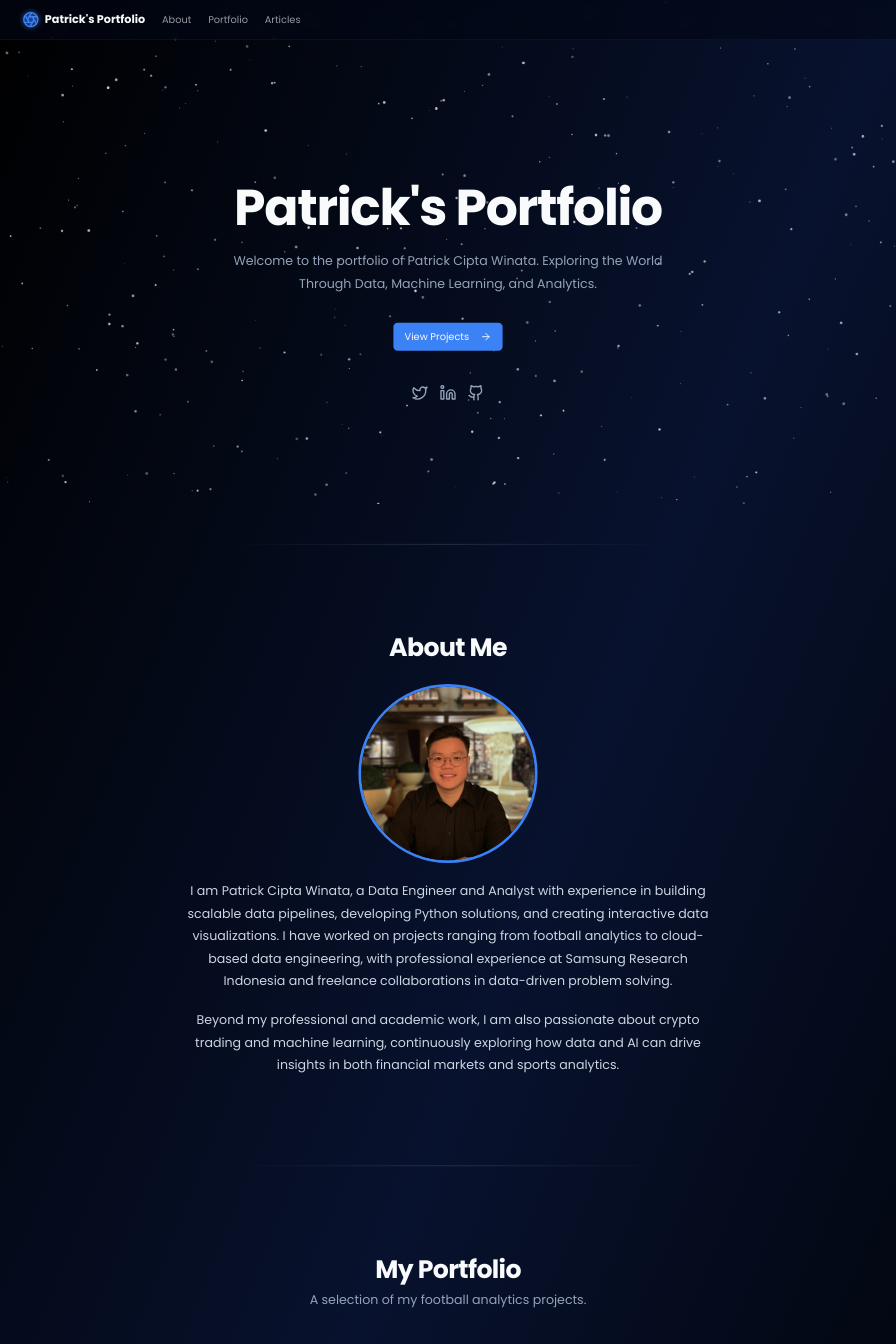
Repository: patrick-cw/my-portfolio
Page: /
These files come from the project's save history. The page is drawn as it stood at one moment and after the next save; the edit follows.
The browser window is 1280 px wide. The pictures show the part of the page from y = 0 to 1920 px (the page is 3172 px tall), at 70% of full size.
The project was rebuilt for these pictures with package versions that can differ from the ones it lists, and the page was loaded fresh each time. The framework's server and built-in components were replaced by stand-ins that run in the browser. Also part of the build but not shown: next.config.ts.

Above is the page before, as saved 2025-08-30 21:43:21.

### src/app/layout.tsx
import type {Metadata} from 'next';
import './globals.css';
import { Toaster } from "@/components/ui/toaster";
import { cn } from '@/lib/utils';
import Particles from '@/components/particles';
import Header from '@/components/header';
import Footer from '@/components/footer';


export const metadata: Metadata = {
  title: "Patrick's Portfolio",
  description: 'A portfolio showcasing football analytics projects, articles, and more.',
};

export default function RootLayout({
  children,
}: Readonly<{
  children: React.ReactNode;
}>) {
  return (
    <html lang="en" className="dark" style={{scrollBehavior: 'smooth'}}>
      <head>
        <link rel="preconnect" href="https://fonts.googleapis.com" />
        <link rel="preconnect" href="https://fonts.gstatic.com" crossOrigin="anonymous" />
        <link href="https://fonts.googleapis.com/css2?family=Poppins:wght@400;600;700&display=swap" rel="stylesheet" />
      </head>
      <body className={cn("min-h-screen font-body antialiased bg-background")}>
        <div className="relative z-0 flex min-h-screen flex-col bg-gradient-to-br from-black via-blue-900/20 to-black">
          <Particles />
          <Header />
          <main className="flex-1">{children}</main>
          <Footer />
        </div>
        <Toaster />
      </body>
    </html>
  );
}

### src/app/page.tsx
import { Button } from "@/components/ui/button";
import { Card, CardContent, CardDescription, CardFooter, CardHeader, CardTitle } from "@/components/ui/card";
import { ArrowRight, Bot, Github, LineChart, Linkedin, Twitter } from "lucide-react";
import Image from "next/image";
import Link from "next/link";

export default function Home() {
  const projects = [
    {
      title: "Dummy1",
      description: "Dummy description",
      image: "https://picsum.photos/600/400?random=1",
      hint: "soccer field",
      link: "#",
    },
    {
      title: "Dummy2",
      description: "Dummy description",
      image: "https://picsum.photos/600/400?random=2",
      hint: "data visualization",
      link: "#",
    },
    {
      title: "Dummy3",
      description: "Dummy description",
      image: "https://picsum.photos/600/400?random=3",
      hint: "scouting report",
      link: "#",
    },
  ];

  const articles = [
    {
      title: "Dummy1",
      date: "July 15, 2024",
      excerpt: "Blablabla dummy",
      link: "/articles",
    },
    {
      title: "Dummy2",
      date: "June 28, 2024",
      excerpt: "Blablabla dummy",
      link: "/articles",
    },
  ];

  return (
    <>
      {/* Hero Section */}
      <section id="home" className="container flex min-h-screen flex-col items-center justify-center text-center">
        <div className="flex-grow flex flex-col items-center justify-center">
          <h1 className="font-headline text-4xl font-bold tracking-tight text-foreground sm:text-6xl md:text-7xl">
            Patrick's Portfolio
          </h1>
          <p className="mt-6 text-lg leading-8 text-muted-foreground max-w-2xl mx-auto">
            Welcome to the portfolio of Patrick Cipta Winata. Exploring the World Through Data, Machine Learning, and Analytics.
          </p>
          <div className="mt-10 flex flex-col items-center justify-center gap-y-6">
            <div className="flex items-center justify-center gap-x-6">
              <Button asChild>
                <Link href="/#portfolio">
                  View Projects <ArrowRight className="ml-2 h-4 w-4" />
                </Link>
              </Button>
              {/* <Button variant="ghost" asChild>
                <Link href="/ai-editor">
                  Try AI Editor <Bot className="ml-2 h-4 w-4" />
                </Link>
              </Button> */}
            </div>
            <div className="flex items-center gap-4 mt-6">
              <Link href="https://x.com/patrickcw_" target="_blank" rel="noopener noreferrer" aria-label="Twitter">
                <Twitter className="h-6 w-6 text-muted-foreground transition-colors hover:text-foreground" />
              </Link>
              <Link href="https://www.linkedin.com/in/patrick-cw/" target="_blank" rel="noopener noreferrer" aria-label="LinkedIn">
                <Linkedin className="h-6 w-6 text-muted-foreground transition-colors hover:text-foreground" />
              </Link>
              <Link href="https://github.com/patrick-cw" target="_blank" rel="noopener noreferrer" aria-label="GitHub">
                <Github className="h-6 w-6 text-muted-foreground transition-colors hover:text-foreground" />
              </Link>
            </div>
          </div>
        </div>
      </section>

      {/* About Me Section */}
      <section id="about" className="relative py-24 sm:py-32 bg-transparent">
        <div className="absolute top-0 left-1/2 -translate-x-1/2 w-1/2 h-px bg-gradient-to-r from-transparent via-muted-foreground/30 to-transparent" />
        <div className="container">
          <div className="mx-auto max-w-3xl text-center">
              <h2 className="text-3xl font-bold tracking-tight text-foreground sm:text-4xl font-headline">About Me</h2>
              <div className="mt-8 flex justify-center">
                <div className="relative h-64 w-64 overflow-hidden rounded-full border-4 border-primary">
                  <Image src="/images/face.JPG" alt="Patrick Cipta Winata" layout="fill" objectFit="fit" data-ai-hint="portrait person" />
                </div>
              </div>
              <p style={{color: "hsl(215deg 26.4% 84.39%)"}} className="mt-6 text-lg leading-8 text-muted-foreground">
              I am Patrick Cipta Winata, a Data Engineer and Analyst with experience in building scalable data pipelines, developing Python solutions, and creating interactive data visualizations. I have worked on projects ranging from football analytics to cloud-based data engineering, with professional experience at Samsung Research Indonesia and freelance collaborations in data-driven problem solving.
              </p>
              <p style={{color: "hsl(215deg 26.4% 84.39%)"}} className="mt-6 text-lg leading-8 text-muted-foreground">
              Beyond my professional and academic work, I am also passionate about crypto trading and machine learning, continuously exploring how data and AI can drive insights in both financial markets and sports analytics.
              </p>
          </div>
        </div>
      </section>

      {/* Portfolio Section */}
      <section id="portfolio" className="relative py-24 sm:py-32 bg-transparent">
        <div className="absolute top-0 left-1/2 -translate-x-1/2 w-1/2 h-px bg-gradient-to-r from-transparent via-muted-foreground/30 to-transparent" />
        <div className="container">
          <div className="mx-auto max-w-3xl text-center">
            <h2 className="text-3xl font-bold tracking-tight text-foreground sm:text-4xl font-headline">My Portfolio</h2>
            <p className="mt-2 text-lg leading-8 text-muted-foreground">
              A selection of my football analytics projects.
            </p>
          </div>
          <div className="mx-auto mt-10 grid max-w-2xl grid-cols-1 gap-x-8 gap-y-16 pt-10 sm:mt-16 sm:pt-16 lg:mx-0 lg:max-w-none lg:grid-cols-3">
            {projects.map((project) => (
              <Card key={project.title} className="flex flex-col bg-card/50 hover:bg-card/80 transition-all duration-300 transform hover:-translate-y-1">
                <CardHeader>
                  <div className="relative h-40 w-full overflow-hidden rounded-md">
                    <Image src={project.image} alt={project.title} width={600} height={400} className="object-cover" data-ai-hint={project.hint}/>
                  </div>
                </CardHeader>
                <CardContent className="flex-grow">
                  <CardTitle className="font-headline">{project.title}</CardTitle>
                  <CardDescription className="mt-2">{project.description}</CardDescription>
                </CardContent>
                <CardFooter>
                  <Button variant="link" className="p-0 text-primary/80 hover:text-primary" asChild>
                    <Link href={project.link}>
                      View Analysis <LineChart className="ml-2 h-4 w-4" />
                    </Link>
                  </Button>
                </CardFooter>
              </Card>
            ))}
          </div>
        </div>
      </section>

      {/* Articles Section */}
      <section id="articles" className="relative py-24 sm:py-32 bg-transparent">
        <div className="absolute top-0 left-1/2 -translate-x-1/2 w-1/2 h-px bg-gradient-to-r from-transparent via-muted-foreground/30 to-transparent" />
        <div className="container">
          <div className="mx-auto max-w-3xl text-center">
            <h2 className="text-3xl font-bold tracking-tight text-foreground sm:text-4xl font-headline">Latest Articles</h2>
            <p className="mt-2 text-lg leading-8 text-muted-foreground">
              My thoughts and findings on the world of football analytics.
            </p>
          </div>
          <div className="mx-auto mt-10 grid max-w-2xl grid-cols-1 gap-x-8 gap-y-16 pt-10 sm:mt-16 sm:pt-16 lg:mx-0 lg:max-w-none lg:grid-cols-2">
            {articles.map((article) => (
              <article key={article.title} className="flex max-w-xl flex-col items-start justify-between rounded-lg bg-card/50 p-6 transition-all duration-300 hover:bg-card/80">
                <div className="flex items-center gap-x-4 text-xs">
                  <time dateTime={article.date} className="text-muted-foreground">
                    {article.date}
                  </time>
                </div>
                <div className="group relative">
                  <h3 className="mt-3 text-lg font-semibold leading-6 text-foreground group-hover:text-primary transition-colors font-headline">
                    <Link href={article.link}>
                      <span className="absolute inset-0" />
                      {article.title}
                    </Link>
                  </h3>
                  <p className="mt-5 line-clamp-3 text-sm leading-6 text-muted-foreground">{article.excerpt}</p>
                </div>
              </article>
            ))}
          </div>
        </div>
      </section>
    </>
  );
}

### src/app/globals.css
@tailwind base;
@tailwind components;
@tailwind utilities;

@layer base {
  :root {
    --background: 0 0% 100%;
    --foreground: 222.2 84% 4.9%;
    --card: 0 0% 100%;
    --card-foreground: 222.2 84% 4.9%;
    --popover: 0 0% 100%;
    --popover-foreground: 222.2 84% 4.9%;
    --primary: 217.2 91.2% 59.8%;
    --primary-foreground: 210 40% 98%;
    --secondary: 210 40% 96.1%;
    --secondary-foreground: 217.2 91.2% 59.8%;
    --muted: 210 40% 96.1%;
    --muted-foreground: 215.4 16.3% 46.9%;
    --accent: 210 40% 96.1%;
    --accent-foreground: 217.2 91.2% 59.8%;
    --destructive: 0 84.2% 60.2%;
    --destructive-foreground: 210 40% 98%;
    --border: 214.3 31.8% 91.4%;
    --input: 214.3 31.8% 91.4%;
    --ring: 217.2 91.2% 59.8%;
    --radius: 0.5rem;
    --sidebar-background: 0 0% 98%;
    --sidebar-foreground: 240 5.3% 26.1%;
    --sidebar-primary: 240 5.9% 10%;
    --sidebar-primary-foreground: 0 0% 98%;
    --sidebar-accent: 240 4.8% 95.9%;
    --sidebar-accent-foreground: 240 5.9% 10%;
    --sidebar-border: 220 13% 91%;
    --sidebar-ring: 217.2 91.2% 59.8%;
    --chart-1: 12 76% 61%;
    --chart-2: 173 58% 39%;
    --chart-3: 197 37% 24%;
    --chart-4: 43 74% 66%;
    --chart-5: 27 87% 67%;
  }
  .dark {
    --background: 222.2 84% 4.9%;
    --foreground: 210 40% 98%;
    --card: 222.2 84% 6.9%;
    --card-foreground: 210 40% 98%;
    --popover: 222.2 84% 4.9%;
    --popover-foreground: 210 40% 98%;
    --primary: 217.2 91.2% 59.8%;
    --primary-foreground: 210 40% 98%;
    --secondary: 217.2 32.6% 17.5%;
    --secondary-foreground: 210 40% 98%;
    --muted: 217.2 32.6% 17.5%;
    --muted-foreground: 215 20.2% 65.1%;
    --accent: 217.2 32.6% 17.5%;
    --accent-foreground: 210 40% 98%;
    --destructive: 0 62.8% 30.6%;
    --destructive-foreground: 210 40% 98%;
    --border: 217.2 32.6% 17.5%;
    --input: 217.2 32.6% 17.5%;
    --ring: 217.2 91.2% 59.8%;
    --chart-1: 220 70% 50%;
    --chart-2: 160 60% 45%;
    --chart-3: 30 80% 55%;
    --chart-4: 280 65% 60%;
    --chart-5: 340 75% 55%;
    --sidebar-background: 240 5.9% 10%;
    --sidebar-foreground: 240 4.8% 95.9%;
    --sidebar-primary: 224.3 76.3% 48%;
    --sidebar-primary-foreground: 0 0% 100%;
    --sidebar-accent: 240 3.7% 15.9%;
    --sidebar-accent-foreground: 240 4.8% 95.9%;
    --sidebar-border: 240 3.7% 15.9%;
    --sidebar-ring: 217.2 91.2% 59.8%;
  }
}

@layer base {
  * {
    @apply border-border;
  }
  body {
    @apply bg-background text-foreground;
  }
}

### src/components/ui/toaster.tsx
"use client"

import { useToast } from "@/hooks/use-toast"
import {
  Toast,
  ToastClose,
  ToastDescription,
  ToastProvider,
  ToastTitle,
  ToastViewport,
} from "@/components/ui/toast"

export function Toaster() {
  const { toasts } = useToast()

  return (
    <ToastProvider>
      {toasts.map(function ({ id, title, description, action, ...props }) {
        return (
          <Toast key={id} {...props}>
            <div className="grid gap-1">
              {title && <ToastTitle>{title}</ToastTitle>}
              {description && (
                <ToastDescription>{description}</ToastDescription>
              )}
            </div>
            {action}
            <ToastClose />
          </Toast>
        )
      })}
      <ToastViewport />
    </ToastProvider>
  )
}

### src/components/header.tsx
import Link from "next/link";
import { Aperture, Footprints } from "lucide-react";

export default function Header() {
  return (
    <header className="sticky top-0 z-50 w-full border-b border-border/40 bg-background/95 backdrop-blur supports-[backdrop-filter]:bg-background/60">
      <div className="container flex h-14 max-w-screen-2xl items-center">
        <Link href="/#home" className="mr-6 flex items-center space-x-2">
          <Aperture className="h-6 w-6 text-primary" style={{filter: 'drop-shadow(0 0 4px hsl(var(--primary)))'}}/>
          <span className="font-bold sm:inline-block font-headline">Patrick's Portfolio</span>
        </Link>
        <nav className="flex items-center gap-4 text-sm lg:gap-6">
          <Link href="/#about" className="text-foreground/60 transition-colors hover:text-foreground/80">
            About
          </Link>
          <Link href="/#portfolio" className="text-foreground/60 transition-colors hover:text-foreground/80">
            Portfolio
          </Link>
          <Link href="/#articles" className="text-foreground/60 transition-colors hover:text-foreground/80">
            Articles
          </Link>
          {/* <Link href="/ai-editor" className="text-foreground/60 transition-colors hover:text-foreground/80">
            AI Editor
          </Link> */}
        </nav>
      </div>
    </header>
  );
}

### src/components/footer.tsx
export default function Footer() {
    return (
      <footer className="border-t border-border/40 py-6 md:py-8">
        <div className="container flex flex-col items-center justify-between gap-4 md:flex-row">
          <p className="text-sm text-muted-foreground">
            © {new Date().getFullYear()} Patrick Cipta Winata. All rights reserved.
          </p>
        </div>
      </footer>
    );
  }

### src/components/ui/button.tsx
import * as React from "react"
import { Slot } from "@radix-ui/react-slot"
import { cva, type VariantProps } from "class-variance-authority"

import { cn } from "@/lib/utils"

const buttonVariants = cva(
  "inline-flex items-center justify-center gap-2 whitespace-nowrap rounded-md text-sm font-medium ring-offset-background transition-colors focus-visible:outline-none focus-visible:ring-2 focus-visible:ring-ring focus-visible:ring-offset-2 disabled:pointer-events-none disabled:opacity-50 [&_svg]:pointer-events-none [&_svg]:size-4 [&_svg]:shrink-0",
  {
    variants: {
      variant: {
        default: "bg-primary text-primary-foreground hover:bg-primary/90",
        destructive:
          "bg-destructive text-destructive-foreground hover:bg-destructive/90",
        outline:
          "border border-input bg-background hover:bg-accent hover:text-accent-foreground",
        secondary:
          "bg-secondary text-secondary-foreground hover:bg-secondary/80",
        ghost: "hover:bg-accent hover:text-accent-foreground",
        link: "text-primary underline-offset-4 hover:underline",
      },
      size: {
        default: "h-10 px-4 py-2",
        sm: "h-9 rounded-md px-3",
        lg: "h-11 rounded-md px-8",
        icon: "h-10 w-10",
      },
    },
    defaultVariants: {
      variant: "default",
      size: "default",
    },
  }
)

export interface ButtonProps
  extends React.ButtonHTMLAttributes<HTMLButtonElement>,
    VariantProps<typeof buttonVariants> {
  asChild?: boolean
}

const Button = React.forwardRef<HTMLButtonElement, ButtonProps>(
  ({ className, variant, size, asChild = false, ...props }, ref) => {
    const Comp = asChild ? Slot : "button"
    return (
      <Comp
        className={cn(buttonVariants({ variant, size, className }))}
        ref={ref}
        {...props}
      />
    )
  }
)
Button.displayName = "Button"

export { Button, buttonVariants }

### src/components/ui/card.tsx
import * as React from "react"

import { cn } from "@/lib/utils"

const Card = React.forwardRef<
  HTMLDivElement,
  React.HTMLAttributes<HTMLDivElement>
>(({ className, ...props }, ref) => (
  <div
    ref={ref}
    className={cn(
      "rounded-lg border bg-card text-card-foreground shadow-sm",
      className
    )}
    {...props}
  />
))
Card.displayName = "Card"

const CardHeader = React.forwardRef<
  HTMLDivElement,
  React.HTMLAttributes<HTMLDivElement>
>(({ className, ...props }, ref) => (
  <div
    ref={ref}
    className={cn("flex flex-col space-y-1.5 p-6", className)}
    {...props}
  />
))
CardHeader.displayName = "CardHeader"

const CardTitle = React.forwardRef<
  HTMLDivElement,
  React.HTMLAttributes<HTMLDivElement>
>(({ className, ...props }, ref) => (
  <div
    ref={ref}
    className={cn(
      "text-2xl font-semibold leading-none tracking-tight",
      className
    )}
    {...props}
  />
))
CardTitle.displayName = "CardTitle"

const CardDescription = React.forwardRef<
  HTMLDivElement,
  React.HTMLAttributes<HTMLDivElement>
>(({ className, ...props }, ref) => (
  <div
    ref={ref}
    className={cn("text-sm text-muted-foreground", className)}
    {...props}
  />
))
CardDescription.displayName = "CardDescription"

const CardContent = React.forwardRef<
  HTMLDivElement,
  React.HTMLAttributes<HTMLDivElement>
>(({ className, ...props }, ref) => (
  <div ref={ref} className={cn("p-6 pt-0", className)} {...props} />
))
CardContent.displayName = "CardContent"

const CardFooter = React.forwardRef<
  HTMLDivElement,
  React.HTMLAttributes<HTMLDivElement>
>(({ className, ...props }, ref) => (
  <div
    ref={ref}
    className={cn("flex items-center p-6 pt-0", className)}
    {...props}
  />
))
CardFooter.displayName = "CardFooter"

export { Card, CardHeader, CardFooter, CardTitle, CardDescription, CardContent }

Loaded but not shown: src/lib/utils.ts (common file); src/hooks/use-toast.ts (common file); src/components/ui/toast.tsx (129 lines, source omitted); src/components/particles.tsx (147 lines, source omitted); tailwind.config.ts (106 lines, source omitted)

After the next save:
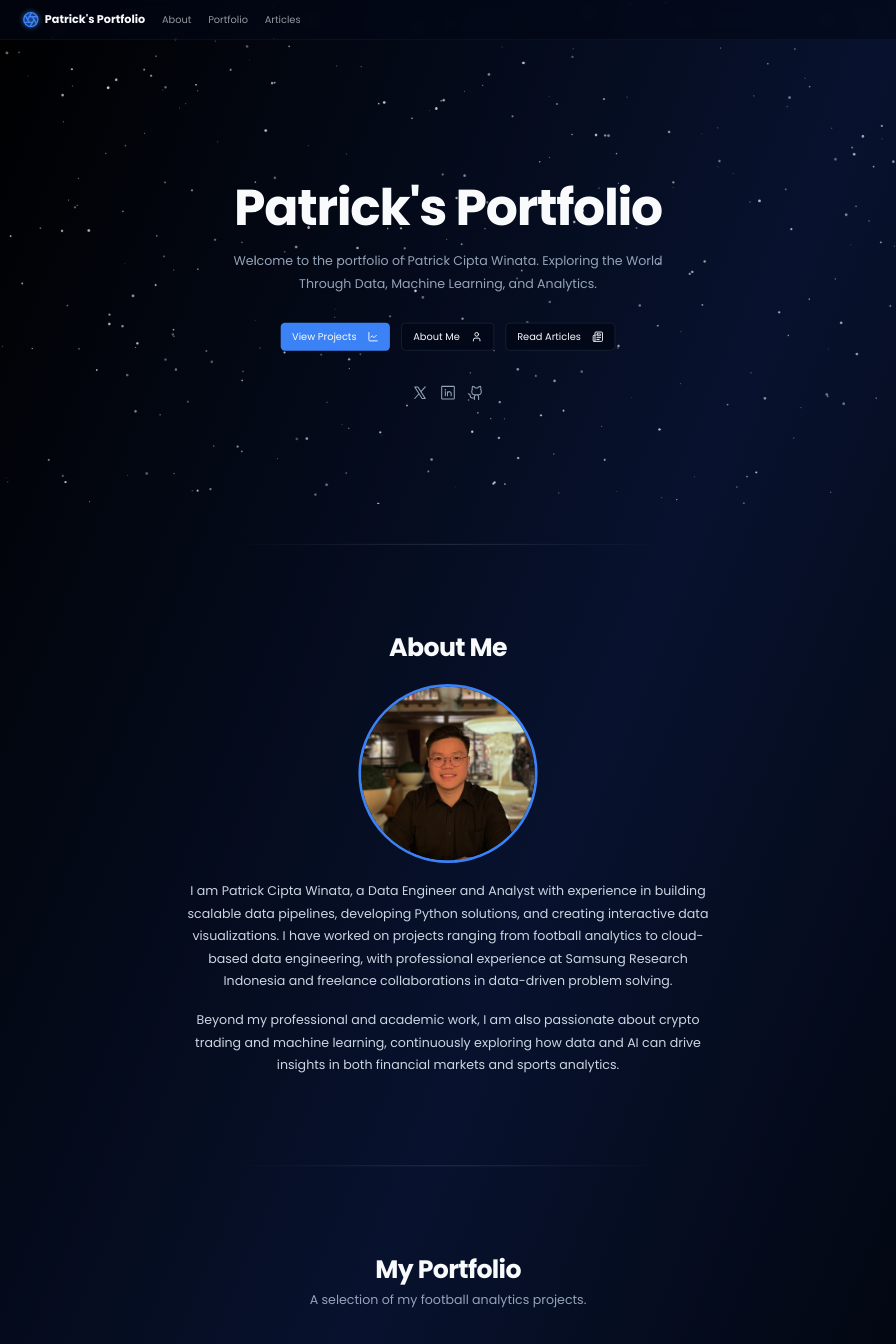
Saved 21 min 8 s later.
--- a/src/app/page.tsx
+++ b/src/app/page.tsx
@@ -1,6 +1,7 @@
 import { Button } from "@/components/ui/button";
 import { Card, CardContent, CardDescription, CardFooter, CardHeader, CardTitle } from "@/components/ui/card";
-import { ArrowRight, Bot, Github, LineChart, Linkedin, Twitter } from "lucide-react";
+import { ArrowRight, Bot, Github, LineChart, Linkedin, Twitter, User, Newspaper } from "lucide-react";
+import { XLogo,LinkedinLogo, GithubLogo } from "@phosphor-icons/react";
 import Image from "next/image";
 import Link from "next/link";
 
@@ -56,27 +57,32 @@ export default function Home() {
             Welcome to the portfolio of Patrick Cipta Winata. Exploring the World Through Data, Machine Learning, and Analytics.
           </p>
           <div className="mt-10 flex flex-col items-center justify-center gap-y-6">
-            <div className="flex items-center justify-center gap-x-6">
+          <div className="flex items-center justify-center gap-x-4 flex-wrap gap-y-4">
               <Button asChild>
-                <Link href="/#portfolio">
-                  View Projects <ArrowRight className="ml-2 h-4 w-4" />
+                <Link href="/portfolio">
+                  View Projects <LineChart className="ml-2 h-4 w-4" />
                 </Link>
               </Button>
-              {/* <Button variant="ghost" asChild>
-                <Link href="/ai-editor">
-                  Try AI Editor <Bot className="ml-2 h-4 w-4" />
+               <Button variant="outline" asChild>
+                <Link href="/about">
+                  About Me <User className="ml-2 h-4 w-4" />
                 </Link>
-              </Button> */}
+              </Button>
+              <Button variant="outline" asChild>
+                <Link href="/articles">
+                  Read Articles <Newspaper className="ml-2 h-4 w-4" />
+                </Link>
+              </Button>
             </div>
             <div className="flex items-center gap-4 mt-6">
               <Link href="https://x.com/patrickcw_" target="_blank" rel="noopener noreferrer" aria-label="Twitter">
-                <Twitter className="h-6 w-6 text-muted-foreground transition-colors hover:text-foreground" />
+                <XLogo  className="h-6 w-6 text-muted-foreground transition-colors hover:text-foreground" />
               </Link>
               <Link href="https://www.linkedin.com/in/patrick-cw/" target="_blank" rel="noopener noreferrer" aria-label="LinkedIn">
-                <Linkedin className="h-6 w-6 text-muted-foreground transition-colors hover:text-foreground" />
+                <LinkedinLogo  className="h-6 w-6 text-muted-foreground transition-colors hover:text-foreground" />
               </Link>
               <Link href="https://github.com/patrick-cw" target="_blank" rel="noopener noreferrer" aria-label="GitHub">
-                <Github className="h-6 w-6 text-muted-foreground transition-colors hover:text-foreground" />
+                <GithubLogo className="h-6 w-6 text-muted-foreground transition-colors hover:text-foreground" />
               </Link>
             </div>
           </div>
